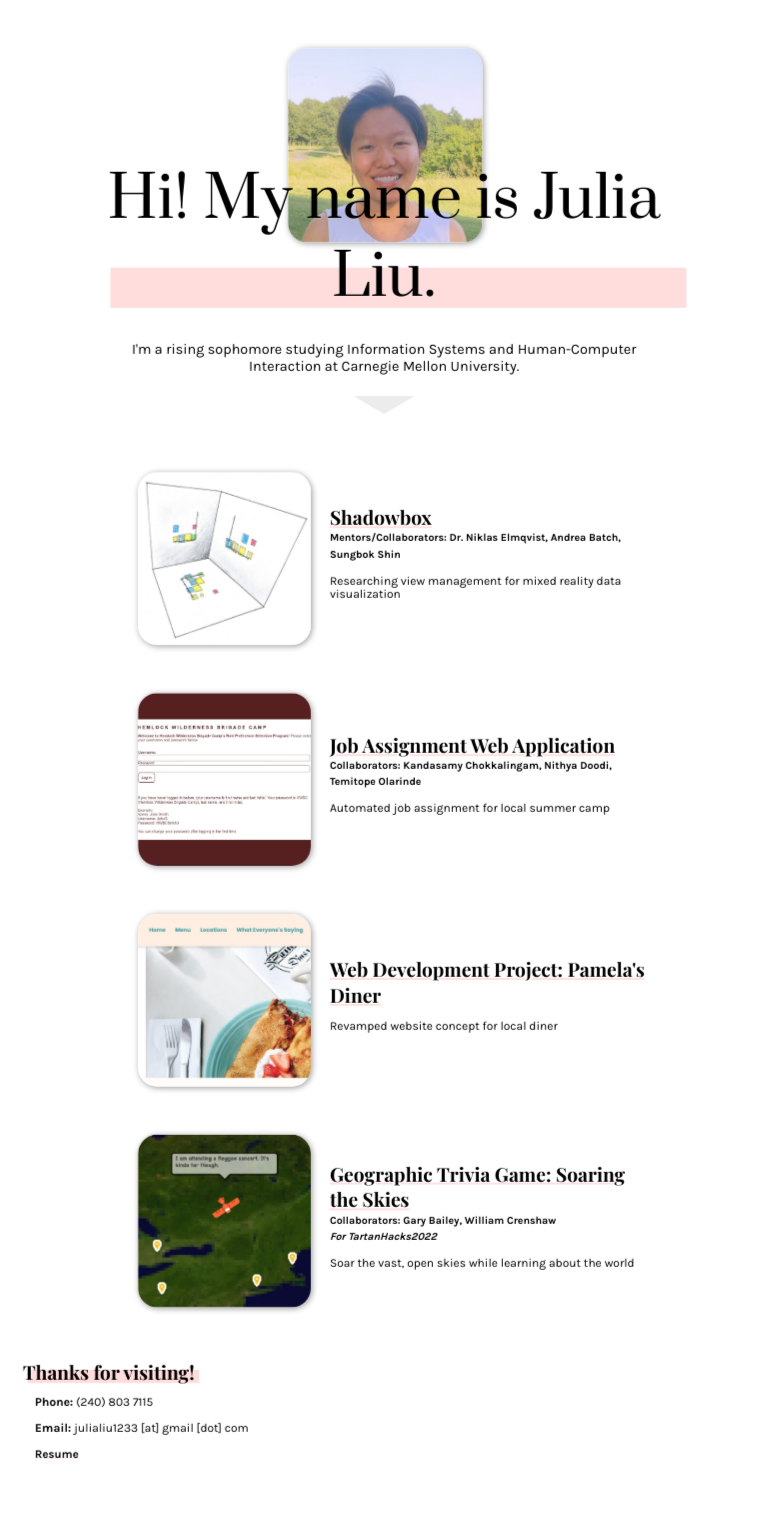
Repository: liu-julia/liu-julia.github.io
Page: index.html
The author's editor kept a copy of each file at every save. The page is drawn from the files as they stood at one save, then again after the next save.
The browser window is 1280 px wide. The pictures show the whole page, at 60% of full size.

Above is the page before, as saved 2022-05-20 10:40:30.

### index.html
<!DOCTYPE html>
<html lang="en">
<head>
    <meta charset="UTF-8">
    <meta http-equiv="X-UA-Compatible" content="IE=edge">
    <meta name="viewport" content="width=device-width, initial-scale=1.0">
    <link rel="preconnect" href="https://fonts.googleapis.com">
    <link rel="preconnect" href="https://fonts.gstatic.com" crossorigin>
    <link href="https://fonts.googleapis.com/css2?family=Karla:wght@300;400;700&family=Open+Sans:wght@300;400;700&family=Playfair+Display:wght@400;700&family=Prata&display=swap" rel="stylesheet">
    <link rel="stylesheet" href="css/styles.css">
    <link rel="icon" href="images/jllogo.png">
    <script src="js/scripts.js"></script>
    <title>Julia Liu</title>
</head>
<body>
    <header id="topbar">
        <img id="logo" src="images/jllogo.png" alt="JL logo">
        <div id="navbar">
            <a class="highlighted" href="index.html">Projects</a>
            <a class="hl_hover" href="about.html">About</a>
            <a class="hl_hover" href="contact.html">Contact</a>
        </div>
    </header>
    <div id="content">
        <div id="top">
            <img id="face" src="images/IMG_20210707_193435_832.jpg" alt="Julia Liu">
            <h1 class="highlighted">Hi! My name is Julia Liu.</h1>
            <p id="head_desc">I'm a rising sophomore studying Information Systems and Human-Computer Interaction at Carnegie Mellon University.</p>
            <a class="ct-btn-scroll ct-js-btn-scroll" href="#projects"><img alt="Arrow Down Icon" src="images/downarrow.png"></a>
            </div>
        <br>
        <span id="projects"></span>
            <div class="project">
                <img src="images/shadowbox.jpg" alt="Shadowbox">
                <div class="project-text">
                    <h3><a href="https://liu-julia.notion.site/Shadowbox-206a5c5eea2a42a292b238f68e84f78f">Shadowbox</a></h3>
                    <h4>Mentors/Collaborators: Dr. Niklas Elmqvist, Andrea Batch, Sungbok Shin</h4>
                    <p>Researching view management for mixed reality data visualization</p>
                </div>
            </div>
            <div class="project">
                <img src="images/camp.jpg" alt="Hemlock Wilderness Brigade Camp website">
                <div class="project-text">
                    <h3><a href="https://liu-julia.notion.site/Job-Assignment-Web-App-bd26f317785b4564853cad5746690a5f">Job Assignment Web Application</a></h3>
                    <h4>Collaborators: Kandasamy Chokkalingam, Nithya Doodi, Temitope Olarinde</h4>
                    <p>Automated job assignment for local summer camp</p>
                </div>
            </div>
            <div class="project">
                <img src="images/pamelas1.jpg" alt="Pamela's Diner website">
                <div class="project-text">
                    <h3><a href="https://liu-julia.notion.site/Web-Development-Project-Pamela-s-Diner-67d99581677243809cbfb3ee69a6fb9d">Web Development Project: Pamela's Diner</a></h3>
                    <p>Revamped website concept for local diner</p>
                </div>
            </div>
            <div class="project">
                <img src="images/soaringtheskies.jpg" alt="Soaring the Skies - 2D airplane game">
                <div class="project-text">
                    <h3><a href="https://github.com/liu-julia/TartanHacks2022">Geographic Trivia Game: Soaring the Skies</a></h3>
                    <h4>Collaborators: Gary Bailey, William Crenshaw</h4>
                    <h4><i>For TartanHacks2022</i></h4>
                    <p>Soar the vast, open skies while learning about the world</p>
                </div>
            </div>
        <br>
        <!--<h3 id="construction">More coming soon</h3>-->
        <div id="foot">
            <h3 class="highlighted">Thanks for visiting!</h3>
            <div>
                <p><b>Phone: </b> (240) 803 7115</p>
                <p><b>Email: </b> juli<!--anti spam-->aliu1233 <!--anti spam--> [at] gmai<!--anti spam-->l [dot] com</p>
                <a href="JuliaLiu.pdf"><b>Resume</b></a>
            </div>
        </div>
    </div>
</body>
</html>

### css/styles.css
:root {
    font-family: 'Karla', sans-serif;
}
html {
    height: 100%;
}
header {
    position: fixed;
    top: 0;
    left: 0;
    right: 0;
    width: 100%;
    height: 60px;
    background-color: white;
    z-index: 1;
    box-shadow: 0 0 10px #FFFFFF;
    transition: top .2s;
}
#logo {
    width: 25px;
    height: 35px;
    padding: 13px;
}
#navbar {
    float: right;
}
#navbar a {
    position: relative;
    top: 10px;
    margin-right: 25px;
    align-self: center;
    color: black;
}
body {
    height: 100%;
}
#content {
    height: 100%;
}
h1 {
    font-family: 'Prata', serif;
    font-weight: 400;
    font-size: 6em;
}
#top {
    height: 100%;
}
h1{
    position: absolute;
    bottom: 12rem;
    left: 1rem;
    right: 1rem;
    text-align: center;
    margin: auto;
    width: 75%;
}
h1.highlighted::before {
    content: "";
    position: absolute;
    width: 100%;
    background: #ffdddd;
    left: .25em;
    bottom: .15em;
    height: .7em;
    z-index: -1;
    animation: highlightAnimation ease 3s;
    animation-iteration-count: 1;
    animation-fill-mode: forwards;
}

@keyframes highlightAnimation {
    0% {
        transform: scaleX(0);
        transform-origin: left;
    }
    100% {
        transform: scaleX(1);
        transform-origin: left;
     }
}

#navbar a.highlighted::before {
    content: "";
    position: absolute;
    width: 100%;
    background: #ffdddd;
    left: .25em;
    bottom: .05em;
    height: .7em;
    z-index: -1;
}
.hl_hover::before {
    content: "";
    position: absolute;
    width: 100%;
    background: #ffdddd;
    left: .25em;
    bottom: .05em;
    height: .7em;
    z-index: -1;
    transition: transform 0.5s;
    transform: scaleX(0);
    transform-origin: right;
}
.hl_hover:hover::before {
    transform: scaleX(1);
    transform-origin: left;
}
h2 {
    font-family: 'Playfair Display', serif;
    font-size: 3em;
}
h3 {
    font-family: 'Playfair Display', serif;
    font-size: 2em;
}
h4 {
    font-size: 1.1em;
    line-height: 1.5em;
}
h3.highlighted::before {
    content: "";
    position: absolute;
    width: 100%;
    background: #ffdddd;
    left: .25em;
    bottom: .05em;
    height: .7em;
    z-index: -1;
}
#navbar a {
    font-family: 'Playfair Display', serif;
    font-size: 1.5em;
    font-weight: 700;
    text-decoration: none;
}
p {
    font-size: 1.25rem;
}
#head_desc {
    font-size: 1.5em;
    font-weight: 400;
    position: absolute;
    bottom: 6rem;
    width: 90%;
    left: 1rem;
    right: 1rem;
    text-align: center;
    margin: auto;
    width: 75%;
}
#face {
    position: absolute;
    height: 45%;
    top: 5em;
    left: 30em;
    right: 30em;
    border-radius: 2em;
    margin: auto;
    box-shadow: 2px 2px 10px #00000066;
}
#foot {
    padding-left: 30px;
    position: absolute;
    width: 90%;
    height: 40%;
}
#foot h3.highlighted {
    position: absolute;
    bottom: 65%;
}
#foot div {
    position: absolute;
    bottom: 25%;
    padding: 20px;
}
a {
    color: black;
    text-decoration: underline;
    text-decoration-color: #ffdddd;
    transition: text-decoration ease-in .2s;
}
#foot a {
    font-size: 1.2rem;
}
a:hover {
    text-decoration-color: #ffb4b4;
}
#construction {
    height: 100%;
}

body {
    animation: fadeInAnimation ease 2s;
    animation-iteration-count: 1;
    animation-fill-mode: forwards;
}

@keyframes fadeInAnimation {
    0% {
        opacity: 0;
    }
    100% {
        opacity: 1;
     }
}
.project {
    width: 70%;
    display: flex;
    margin: auto;
    height: 40%;
    padding: 2.5rem;
    align-items: center;
}
.project img {
    max-width: 40%;
    max-height: 100%;
    box-shadow: 2px 2px 10px #00000066;
    border-radius: 2rem;
    margin: 2em;
}

a img {
    max-width: 8%;
    position: absolute;
    bottom: 30px;
    margin: auto;
    left: 1rem;
    right: 1rem;
}
.about {
    width: 70%;
    display: flex;
    margin: auto;
    height: 100%;
    align-items: center;
}

.about img {
    max-width: 30%;
    box-shadow: 2px 2px 10px #00000066;
    border-radius: 2rem;
    margin: 2em;
}

.about-text {
    position: absolute;
    margin-left: 25%;
    margin-right: 15%;
}
.about-text h2 {
    position: absolute;
    top: -110px;
}

h2.highlighted::before {
    content: "";
    position: absolute;
    width: 100%;
    background: #ffdddd;
    left: .20em;
    bottom: .05em;
    height: .7em;
    z-index: -1;
}

.form-container {
    width: 70%;
    margin: auto;
    height: 100%;
    align-items: center;
}

.form-container h2 {
    position: absolute;
    top: 5rem;
}

form {
    margin-top: 12rem;
    width: 100%;
    height: 60%;
}

input {
    width: 100%;
    background-color: #e7e7e7;
    border: none;
    border-bottom: 2px solid #ffffffff;
    font-size: 1.1rem;
    font-family: 'Karla', sans-serif;
    transition: background-color .3s;
}
input:focus {
    outline: none;
    border-bottom: 2px solid black;
    background-color: #efefef;
}
textarea {
    width: 100%;
    background-color: #e7e7e7;
    border: none;
    height: 30%;
    font-size: 1.1rem;
    font-family: 'Karla', sans-serif;
    transition: background-color .3s;
}
textarea:focus {
    outline-width: 2px;
    background-color: #efefef;

}
label {
    font-family: 'Playfair Display', serif;
    font-size: 1.5rem;
    font-weight: bold;
}

button {
    font-family: 'Playfair Display', serif;
    font-size: 2rem;
    font-weight: bold;
    background-color: white;
    border: none;
    display: block;
    margin-right: auto;
    margin-left: auto;
    width: auto;
    margin-top: 10px;
    margin-bottom: 10px;
    transition: box-shadow .3s;
}
button:hover {
    box-shadow: 6px 6px 0px #ffdddd, -6px -6px 0px #ffdddd;
}
.project-text h3, .project-text h4 {
    margin-bottom: 0px;
    margin-top: 0px;
}

### js/scripts.js
var prevScrollpos = window.pageYOffset;
window.onscroll = function() {
  var currentScrollPos = window.pageYOffset;
  if (prevScrollpos > currentScrollPos) {
    document.getElementById("topbar").style.top = "0";
  } else {
    document.getElementById("topbar").style.top = "-70px";
  }
  prevScrollpos = currentScrollPos;
}

After the next save:
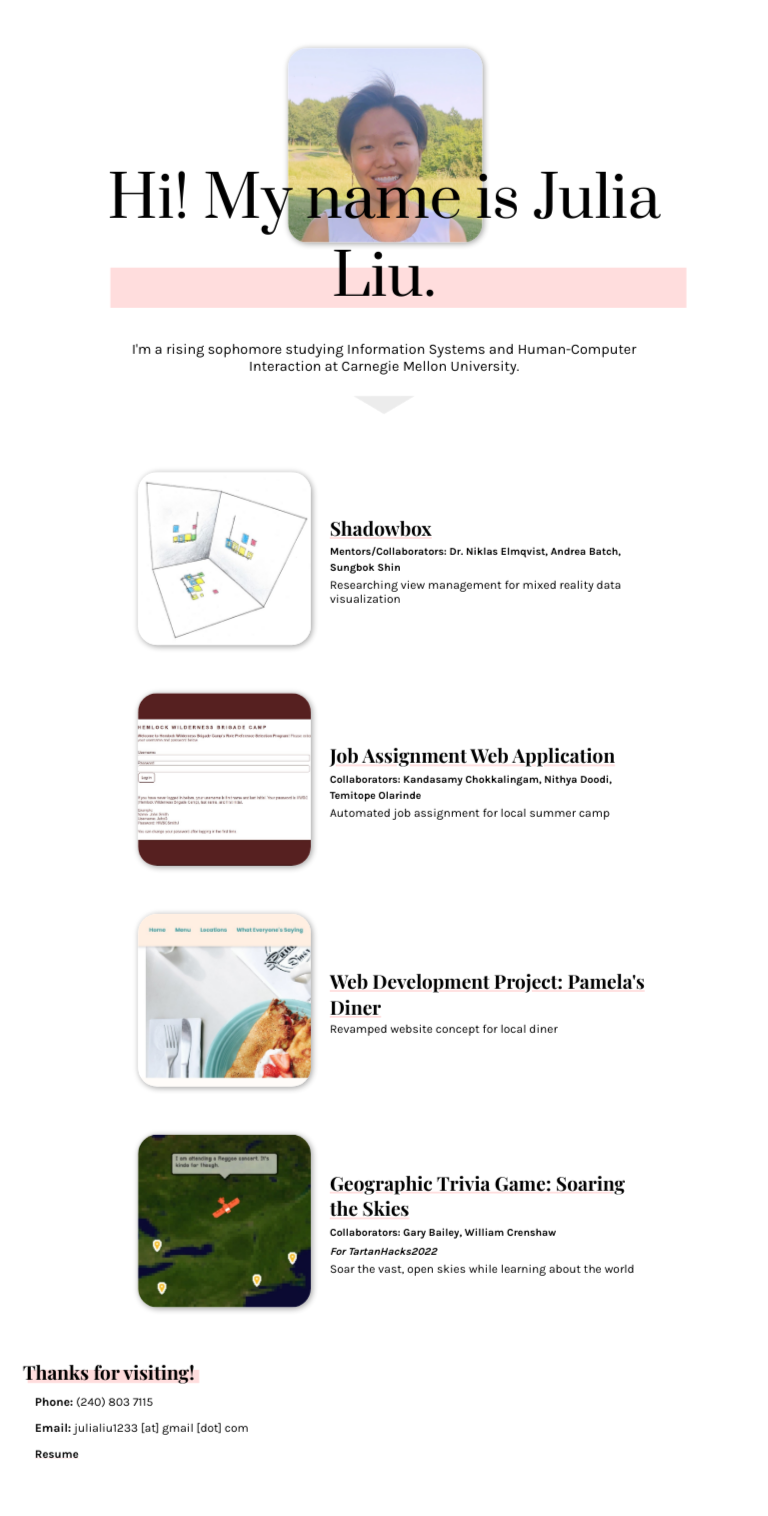
Saved 32 s later.
--- a/css/styles.css
+++ b/css/styles.css
@@ -333,7 +333,7 @@ button {
 button:hover {
     box-shadow: 6px 6px 0px #ffdddd, -6px -6px 0px #ffdddd;
 }
-.project-text h3, .project-text h4 {
+.project-text h3, .project-text h4, .project-text p {
     margin-bottom: 0px;
-    margin-top: 0px;
-}
+    margin-top: 5px;
+}
